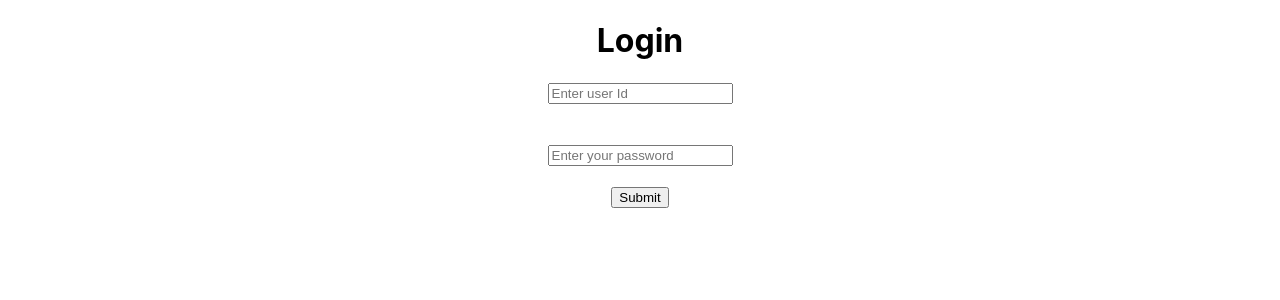
Repository: ShahbazGurmani/react-practice
Page: /
An editor plug-in stored every save of this project. The page is shown before and after the next save, followed by the edit.
The browser window is 1280 px wide. The pictures show the whole page.
The project was rebuilt for these pictures with package versions that can differ from the ones it lists, and the page was loaded fresh each time. Also part of the build but not shown: src/User.js, src/Student.js, src/Profile.js, src/Records.js.

Above is the page before, as saved 2023-08-23 03:41:56.

After the next save:
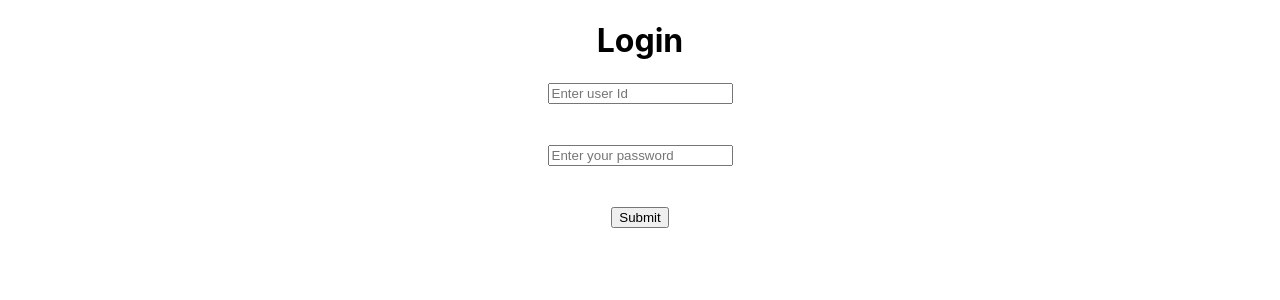
Saved 2 min 54 s later.
--- a/src/Login.js
+++ b/src/Login.js
@@ -5,6 +5,7 @@ function Login()
     const [id,setId] = useState("");
     const [password,setPassword] = useState("");
     const [iderr,setIderr] = useState(false)
+    const [passwordErr,setPasswordErr] = useState(false);
 
     function handleData(e)
     {
@@ -12,7 +13,7 @@ function Login()
         e.preventDefault();
     }
 
-    // validation empliment
+    // validation empliment user id
     function userIdHandle(e)
     {
       let item = e.target.value;
@@ -23,8 +24,24 @@ function Login()
        {
         setIderr(false);
        }
+
        console.warn(e.target.value.length)
     }
+
+     // validation empliment user id
+     function userPasswordHandle(e)
+     {
+       let item = e.target.value;
+        if(item.length<3)
+        {
+         setIderr(true);
+        }else
+        {
+         setIderr(false);
+        }
+
+        console.warn(e.target.value.length)
+     }
 
 
     return(
@@ -33,7 +50,7 @@ function Login()
             {/* //form validation apply; */}
             <form onSubmit={handleData}>
                 <input type="text" placeholder="Enter user Id" onChange={userIdHandle} /><br/>{iderr?<span>User Id not valid</span>:''} <br/><br/>
-                <input type="text" placeholder="Enter your password" onChange={(e)=>{setPassword(e.target.value)}} /><br/><br/>
+                <input type="text" placeholder="Enter your password" onChange={userPasswordHandle} /><br/>{iderr?<span>User Id not valid</span>:''}<br/><br/>
                 <button type="submit">Submit</button>
 
             </form>
